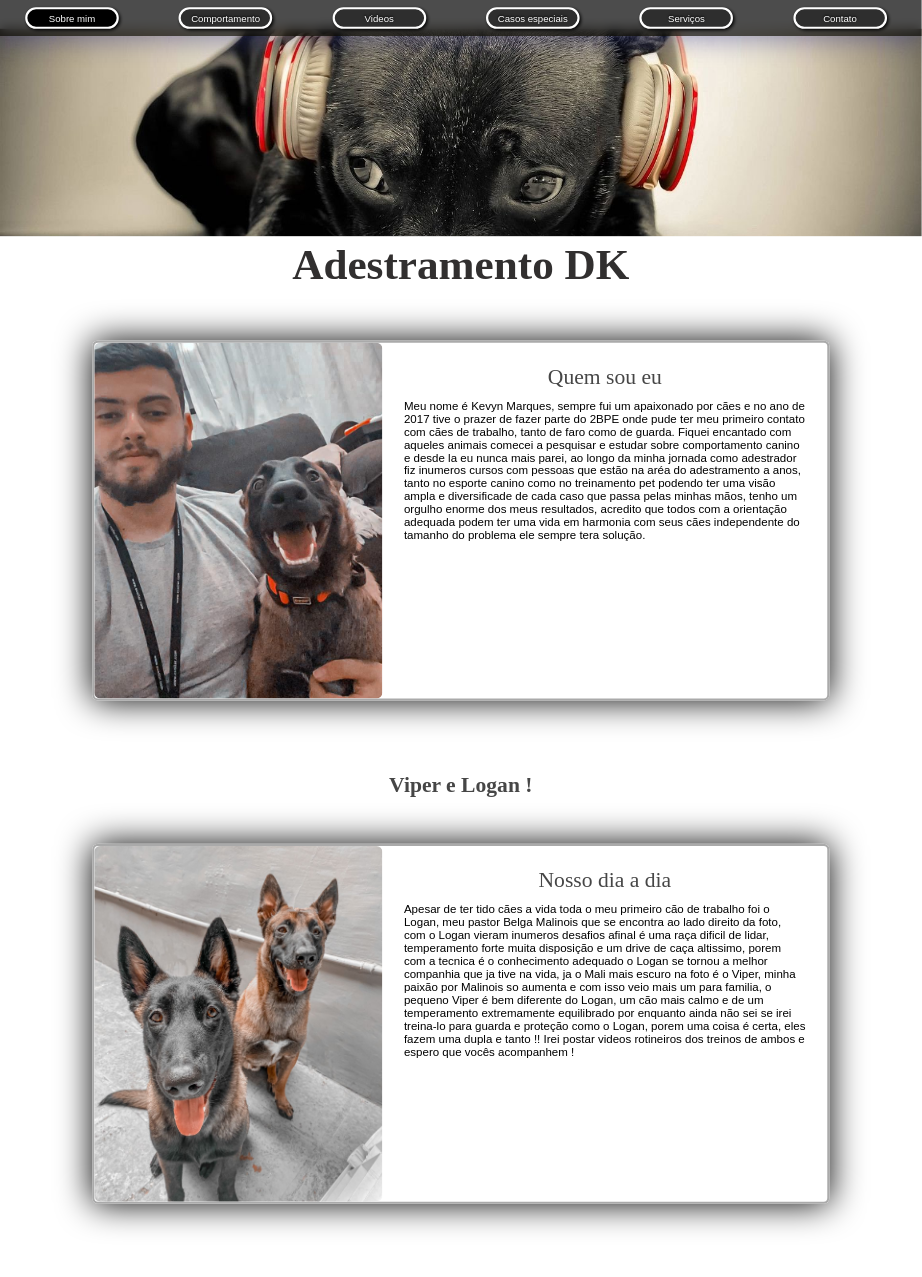
Repository: KevynMarques/Blog-React-StyledComponent
Page: /
An editor plug-in stored every save of this project. The page is shown before and after the next save, followed by the edit.
The browser window is 1280 px wide. The pictures show the whole page, at 72% of full size.
The project was rebuilt for these pictures with package versions that can differ from the ones it lists, and the page was loaded fresh each time. Also part of the build but not shown: src/Components/Artigos/index.jsx, src/Components/Clientes/index.jsx, src/Components/Serviços/index.jsx, src/Components/Contato/index.jsx, src/Components/View/index.jsx.

Above is the page before, as saved 2022-02-22 09:52:54.

### public/index.html
<!DOCTYPE html>
<html lang="pt-BR">
  <head>
    <meta charset="utf-8" />
    <link rel="icon" href="%PUBLIC_URL%/favicon.ico" />
    <meta name="viewport" content="width=device-width, initial-scale=1" />
    <meta name="theme-color" content="#000000" />
    <meta
      name="description"
      content="Web site created using create-react-app"
    />
    <link rel="apple-touch-icon" href="%PUBLIC_URL%/logo192.png" />
    <!--
      manifest.json provides metadata used when your web app is installed on a
      user's mobile device or desktop. See https://developers.google.com/web/fundamentals/web-app-manifest/
    -->
    <!--
      Notice the use of %PUBLIC_URL% in the tags above.
      It will be replaced with the URL of the `public` folder during the build.
      Only files inside the `public` folder can be referenced from the HTML.

      Unlike "/favicon.ico" or "favicon.ico", "%PUBLIC_URL%/favicon.ico" will
      work correctly both with client-side routing and a non-root public URL.
      Learn how to configure a non-root public URL by running `npm run build`.
    -->
    <title>Adestramento DK</title>
  </head>
  <body>
    <noscript>You need to enable JavaScript to run this app.</noscript>
    <div id="root"></div>
    <!--
      This HTML file is a template.
      If you open it directly in the browser, you will see an empty page.

      You can add webfonts, meta tags, or analytics to this file.
      The build step will place the bundled scripts into the <body> tag.

      To begin the development, run `npm start` or `yarn start`.
      To create a production bundle, use `npm run build` or `yarn build`.
    -->
  </body>
</html>

### src/App.jsx
import Home from './Pages/Home';
import Sobre from './Components/Sobre/index';
import { useState, useEffect } from 'react';
import { GlobalStyle } from './GlobalStyle';
import Geral from './Components/Geral/index';


function App() {

  const [geral, setGeral]=useState(<Sobre />);

  return (
    <>
    <Home setGeral={setGeral} geral={geral}  />
    <Geral geral={geral} />
    <GlobalStyle/>
   </>
  );
}

export default App;

### src/Pages/Home/index.jsx
import React, {useState} from "react"
import {  Home, Videos, Comportamental, Serviços, Diversos, Contato } from "../../Components/Buttons/Style"
import Sobre from '../../Components/Sobre/index'
import Comport  from '../../Components/Artigos/index'
import Clientes from '../../Components/Clientes/index'
import Serv from "../../Components/Serviços"
import Cont from '../../Components/Contato/index'
import View from "../../Components/View"
import { ContainerHeader } from "../../Components/Containers/style"




export default (props) => {

  const [ativo, setAtivo] = useState(false)
  const [ativoVideos, setAtivoVideos] = useState(true)
  const [ativoComp, setComp] = useState(true)
  const [Casos, setCasos] = useState(true)
  const [serviços, setServiços] = useState(true)
  const [contato, setContato] = useState(true)


  return (
   <>
    <ContainerHeader>

       <Home
         setAtivo={setAtivo}
         ativo={ativo}
         onClick={()=>(props.setGeral(<Sobre />),
         setAtivo(false),
         setAtivoVideos(true),
         setComp(true),
         setCasos(true),
         setServiços(true)
         )}>
         <p>Sobre mim</p>
      </Home>


       <Comportamental
          onClick={() =>(props.setGeral(<Comport />),
          setAtivo(true),
          setAtivoVideos(true),
          setComp(false),
          setCasos(true),
          setServiços(true))}

          setComp={setComp}
          ativoComp={ativoComp}>

         <p>Comportamento</p>
       </Comportamental>

       <Videos
        ativoEquip={ativoVideos}
        setAtivoVideos={setAtivoVideos}
        onClick={()=>(props.setGeral(<View />),
        setAtivo(true),
        setAtivoVideos(false),
        setComp(true),
        setCasos(true),
        setServiços(true)
        )}>
        <p>Videos</p>
       </Videos>

       <Diversos
          onClick={() =>(props.setGeral(<Clientes />),
          setAtivo(true),
          setAtivoVideos(true),
          setComp(true),
          setCasos(false),
          setServiços(true))}
          setCasos={setCasos}
          Casos={Casos}>
         <p>Casos especiais</p>
       </Diversos>


       <Serviços onClick={() =>(props.setGeral(<Serv />),
        setAtivo(true),
        setAtivoVideos(true),
        setComp(true),
        setCasos(true),
        setServiços(false))}
        setServiços={setServiços}
        serviços={serviços}>
         <p>Serviços</p>
       </Serviços>

       <Contato onClick={() =>(props.setGeral(<Cont />),
        setAtivo(true),
        setAtivoVideos(true),
        setComp(true),
        setCasos(true),
        setServiços(true),
        setContato(false)
       )}
          setContato={setContato}
          contato={contato}>
         <p>Contato</p>
      </Contato>

    </ContainerHeader>
    </>
  );
}

### src/Components/Sobre/index.jsx
import Foto from '../Image/foto.png'
import LV from '../Image/LV.jpg';
import Dog from '../Image/Dog.png'
import { Tittle } from "../Textos&Titles/style";
import { ContainerBaner, ContainerBox, ContainerIMG } from "../Containers/style";
import { Info } from "../Textos&Titles/style";
import { SubTitle } from '../Textos&Titles/style';
import { TitleInfo } from '../Textos&Titles/style';


export default () => {
  return (
<>
     <ContainerBaner>
      <img src={Dog} />
     </ContainerBaner>

   <Tittle>
          Adestramento DK
  </Tittle>


  <ContainerBox>
       <ContainerIMG>
        <img src={Foto} />
       </ContainerIMG>
       <Info>
       <TitleInfo>Quem sou eu</TitleInfo>
       Meu nome é Kevyn Marques, sempre fui um apaixonado por cães e no ano de 2017 tive o prazer
       de fazer parte do 2BPE onde pude ter meu primeiro contato com cães de trabalho, tanto de faro como de guarda. Fiquei encantado com aqueles animais comecei a pesquisar e estudar sobre comportamento canino  e desde la eu nunca mais parei, ao longo da minha jornada como adestrador fiz inumeros cursos com pessoas que estão na aréa do adestramento a anos, tanto no esporte canino como no treinamento pet podendo ter uma visão ampla e diversificade de cada caso que passa pelas minhas mãos, tenho um orgulho enorme dos meus resultados, acredito que todos com a orientação adequada podem ter uma vida em harmonia com seus cães independente do tamanho do problema ele sempre tera solução.
       </Info>
       </ContainerBox>

  <SubTitle>  Viper e Logan !
  </SubTitle>


    <ContainerBox>
       <ContainerIMG>
        <img src={LV} />
       </ContainerIMG>
       <Info>
       <TitleInfo>Nosso dia a dia</TitleInfo>
       Apesar de ter tido cães a vida toda o meu primeiro cão de trabalho foi o Logan, meu pastor Belga Malinois que se encontra ao lado direito da foto, com o Logan vieram inumeros desafios afinal é uma raça dificil de lidar, temperamento forte muita disposição e um drive de caça altissimo, porem com a tecnica é o conhecimento adequado o Logan se tornou a melhor companhia que ja tive na vida, ja o Mali mais escuro na foto é o Viper, minha paixão por Malinois so aumenta e com isso veio mais um para familia, o pequeno Viper é bem diferente do Logan, um cão mais calmo e de um temperamento extremamente equilibrado por enquanto ainda não sei se irei treina-lo para guarda e proteção como o Logan, porem uma coisa é certa, eles fazem uma dupla e tanto !! Irei postar videos rotineiros dos treinos de ambos e espero que vocês acompanhem !
       </Info>
   </ContainerBox>
</>

  );
}

### src/GlobalStyle.jsx
import { createGlobalStyle } from 'styled-components';

 export const GlobalStyle = createGlobalStyle`
  * {
    margin: 0;
    padding: 0;
    box-sizing: border-box;

  }
`;

### src/Components/Geral/index.jsx
import React from "react"

export default (props) => {

  return (

    <>
    {props.geral}
    </>

  );

}

### src/Components/Buttons/Style.jsx
import styled from "styled-components";


export const Home = styled.button `
background:${props => props.ativo ? '#2e2e2e' : '#000000'};
font-family: Arial, Helvetica, sans-serif;
font-style:normal;
color:#ffffff;
border:3px solid #ffffff;
text-shadow:0px -1px 3px #000000;
box-shadow:2px 2px 5px #000000;
box-shadow:2px 2px 5px #000000;
box-shadow:2px 2px 5px #000000;
border-radius:25px 25px 25px 25px;
border-radius:25px 25px 25px 25px;
border-radius:25px 25px 25px 25px;
width:130px;
height: 30px;

&:hover {
  background-color: black;
}

cursor:pointer;
margin:0 auto;
margin-left: 35px;

&:active {
  transform: scale(0.9);
}

`;


export const Videos = styled(Home) `

background:${props => props.ativoEquip ? '#2e2e2e' : '#000000'};

`;

export const Comportamental = styled(Home) `

background:${props => props.ativoComp ? '#2e2e2e' : '#000000'};

`;


export const Diversos = styled(Home) `

background:${props => props.Casos? '#2e2e2e' : '#000000'};

`;


export const Serviços = styled(Home) `

background:${props => props.serviços? '#2e2e2e' : '#000000'};

`;

export const Contato = styled(Home) `

background:#2e2e2e;

`;

### src/Components/Containers/style.jsx
import  styled  from "styled-components";



export const  ContainerHeader  = styled.div `
     width: 100vw;
     height: 50px;
     margin: 0;
     position: fixed;
     z-index: 99999;
     background: rgba( 0, 0, 0, 0.7 );
     box-shadow: 0 8px 32px 0 rgba( 31, 38, 135, 0.37 );
     backdrop-filter: blur( 7.5px );
     -webkit-backdrop-filter: blur( 7.5px );
     color:white;
     display: flex;
     align-items: center;
     justify-content: center;
`;



export const ContainerBaner= styled.div `
  width: 100%;
  height: 40vh;


    img {
    width: 100%;
    height: 100%;
    object-fit: cover;
    margin-top: 40px;

    }
`;


export const  ContainerBox = styled.section `
  height: 500px;
  border: solid 3px #aaaaaa;
  width: 80vw;
  margin: 100px  10%;
  border-radius: 8px;
  box-shadow: 0 0 3em Black;
  display: flex;
  `;


export const ContainerIMG = styled.div `

    min-width:400px;
    height:494px;

  img {
    object-fit: cover;
    width: 100%;
    height: 100%;
    border-radius: 8px;
  }

`;

### src/Components/Textos&Titles/style.jsx
import styled from 'styled-components'



export const Tittle = styled.h1`
@import url('https://fonts.googleapis.com/css2?family=Bangers&display=swap');
color: #312f2f;
font-size: 60px;
font-family: 'Bangers', cursive;
text-align: center;
height: 40px;
margin-top: 45px;
`;


export const Info = styled.p`
 margin: 30px;
 font-family: Arial, Helvetica, sans-serif;
`;


export const SubTitle = styled.h2 `
 text-align: center;
 font-size: 30px;
 margin-top: 60px;
 font-family: Arial, Helvetica, sans-serif;
 color: #464646;
 margin-bottom: -35px;
 font-family: 'Bangers', cursive;
`;


export const TitleInfo = styled.div `
 text-align: center;
 font-size: 30px;
 font-family: Arial, Helvetica, sans-serif;
 color: #464646;
 font-family: 'Bangers', cursive;
 margin-bottom: 15px;
`;


export const Grif =  styled.p`
 text-align: center;
 margin-left: 170px;
 margin-top: 25px;
 font-size:  25px;
 font-family: Arial, Helvetica, sans-serif;
 color: #000000;
 font-family: 'Bangers', cursive;
`;

Loaded but not shown: src/index.js (common file)

After the next save:
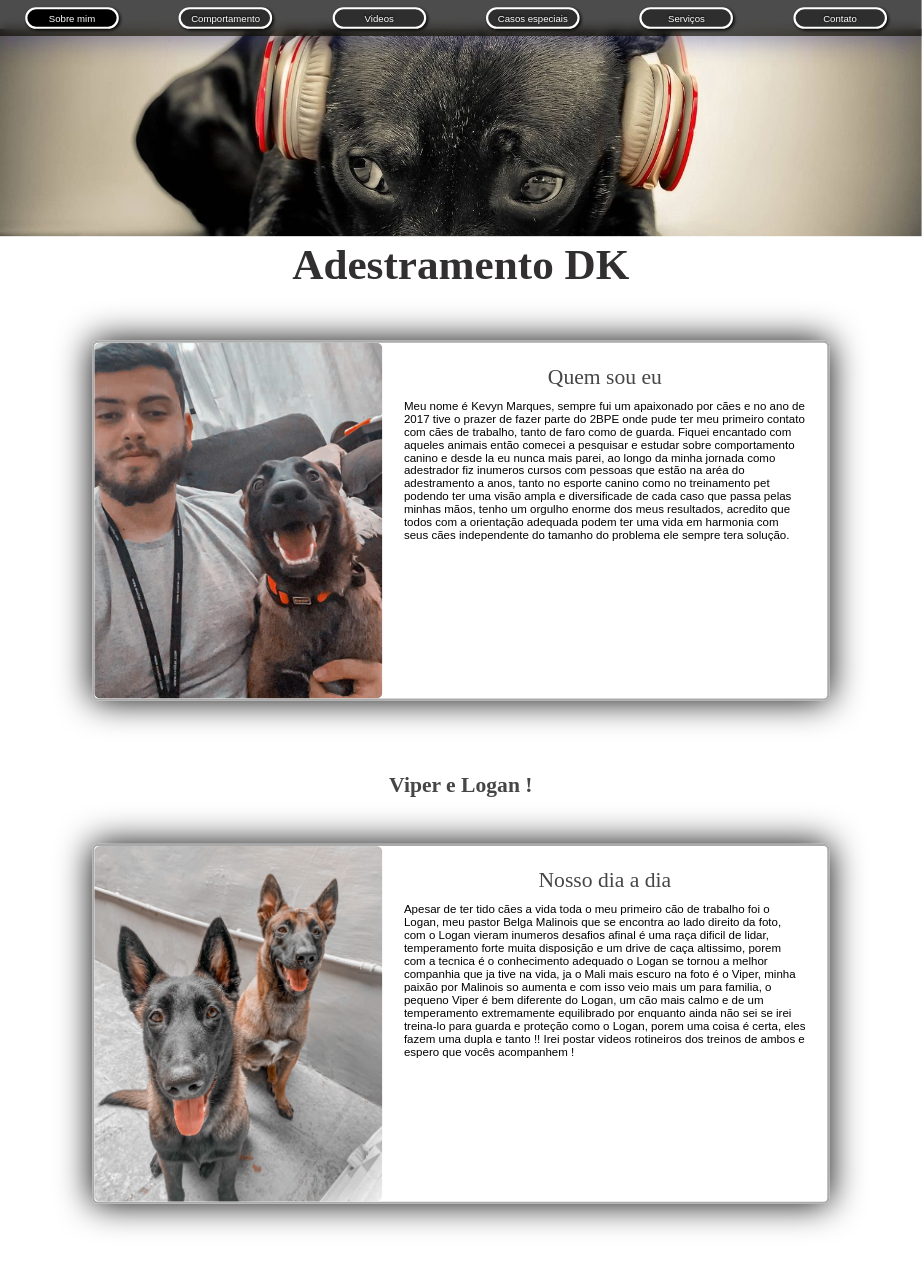
Saved 6 s later.
--- a/src/Components/Sobre/index.jsx
+++ b/src/Components/Sobre/index.jsx
@@ -27,7 +27,7 @@ export default () => {
        <Info>
        <TitleInfo>Quem sou eu</TitleInfo>
        Meu nome é Kevyn Marques, sempre fui um apaixonado por cães e no ano de 2017 tive o prazer
-       de fazer parte do 2BPE onde pude ter meu primeiro contato com cães de trabalho, tanto de faro como de guarda. Fiquei encantado com aqueles animais comecei a pesquisar e estudar sobre comportamento canino  e desde la eu nunca mais parei, ao longo da minha jornada como adestrador fiz inumeros cursos com pessoas que estão na aréa do adestramento a anos, tanto no esporte canino como no treinamento pet podendo ter uma visão ampla e diversificade de cada caso que passa pelas minhas mãos, tenho um orgulho enorme dos meus resultados, acredito que todos com a orientação adequada podem ter uma vida em harmonia com seus cães independente do tamanho do problema ele sempre tera solução.
+       de fazer parte do 2BPE onde pude ter meu primeiro contato com cães de trabalho, tanto de faro como de guarda. Fiquei encantado com aqueles animais então comecei a pesquisar e estudar sobre comportamento canino  e desde la eu nunca mais parei, ao longo da minha jornada como adestrador fiz inumeros cursos com pessoas que estão na aréa do adestramento a anos, tanto no esporte canino como no treinamento pet podendo ter uma visão ampla e diversificade de cada caso que passa pelas minhas mãos, tenho um orgulho enorme dos meus resultados, acredito que todos com a orientação adequada podem ter uma vida em harmonia com seus cães independente do tamanho do problema ele sempre tera solução.
        </Info>
        </ContainerBox>
 
